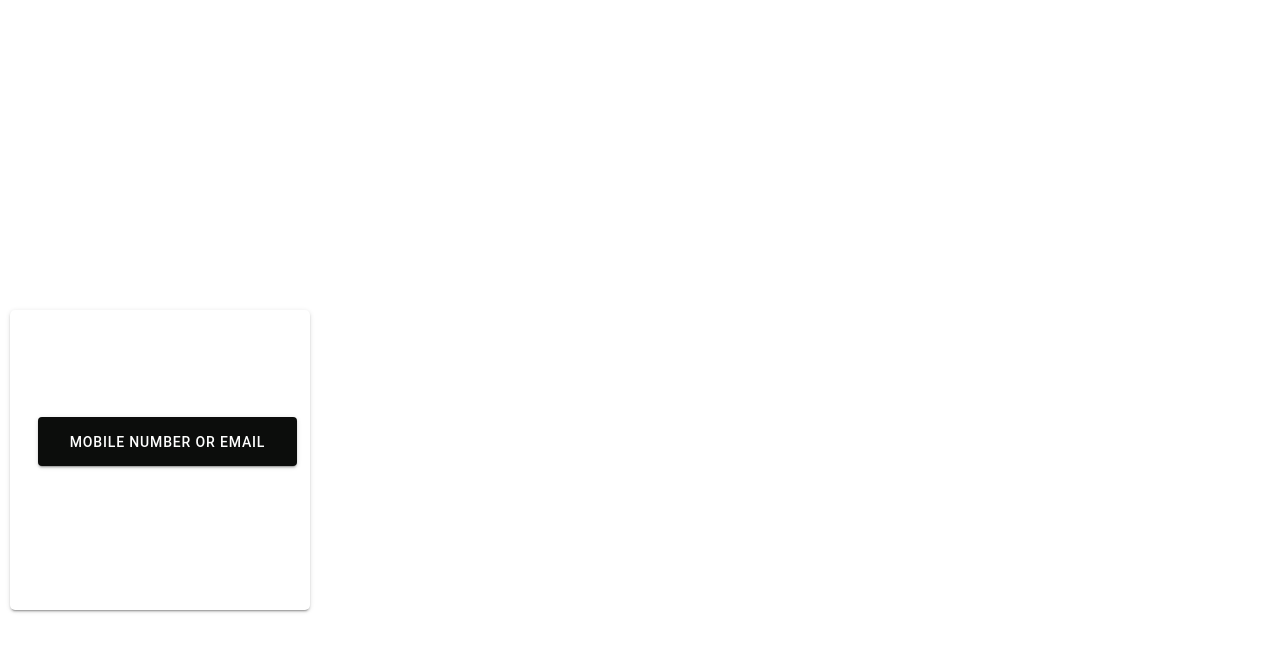
Repository: SrinivasSriniva/shoe-store
Page: /
An editor plug-in stored every save of this project. The page is shown before and after the next save, followed by the edit.
The browser window is 1280 px wide. The pictures show the whole page.
The project was rebuilt for these pictures with package versions that can differ from the ones it lists, and the page was loaded fresh each time.

Above is the page before, as saved 2022-06-30 20:42:34.

After the next save:
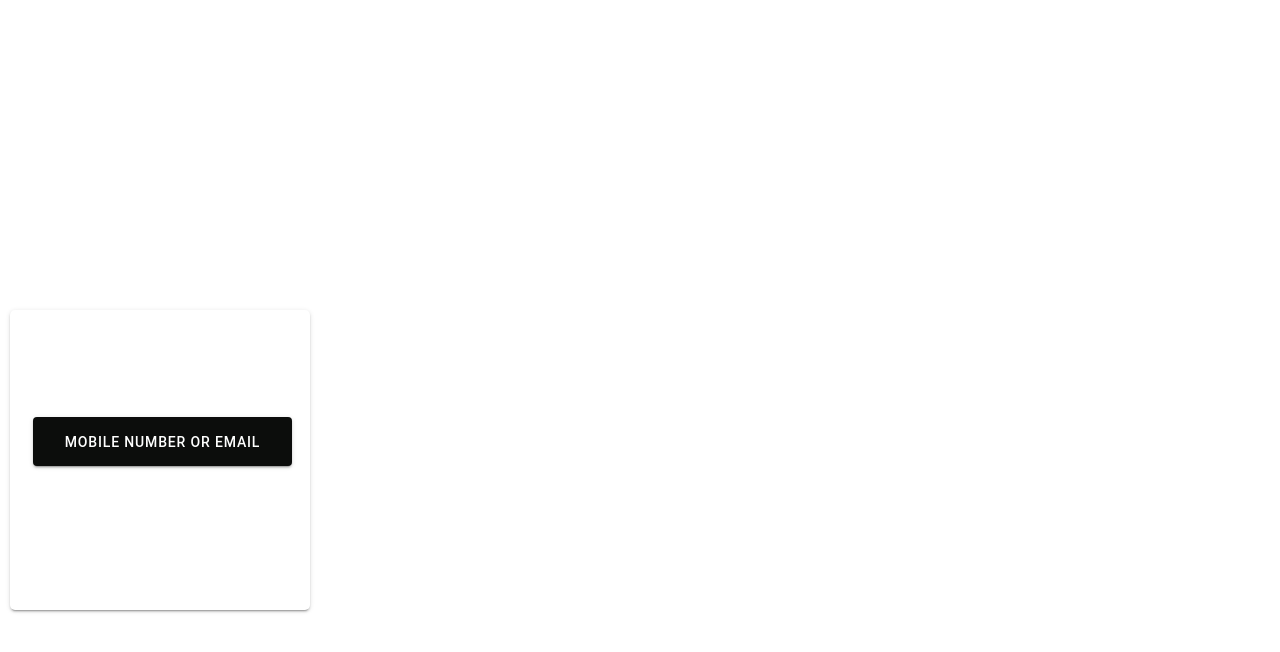
Saved 6 s later.
--- a/src/pages/Home.css
+++ b/src/pages/Home.css
@@ -7,7 +7,7 @@
 .mob-num-email-btn{
     position: relative;
     top: 100px;
-    left: 23px;
+    left: 18px;
     width: 265px!important;
     height: 55px;
     padding: 3px 3px 3px 3px;
